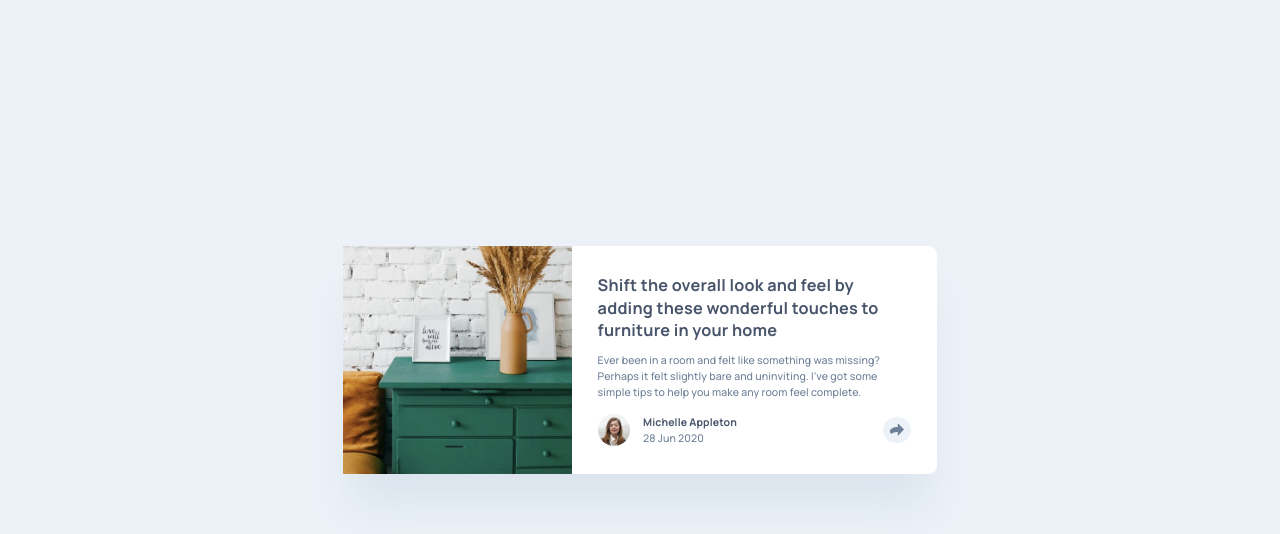
Repository: brandontaylor1/article-preview-component
Page: index.html
These files come from the project's save history. The page is drawn as it stood at one moment and after the next save; the edit follows.
The browser window is 1280 px wide. The pictures show the whole page.
The pointer rests on the first visible `.share-btn`.

Above is the page before, as saved 2025-01-15 20:41:37.

After the next save:
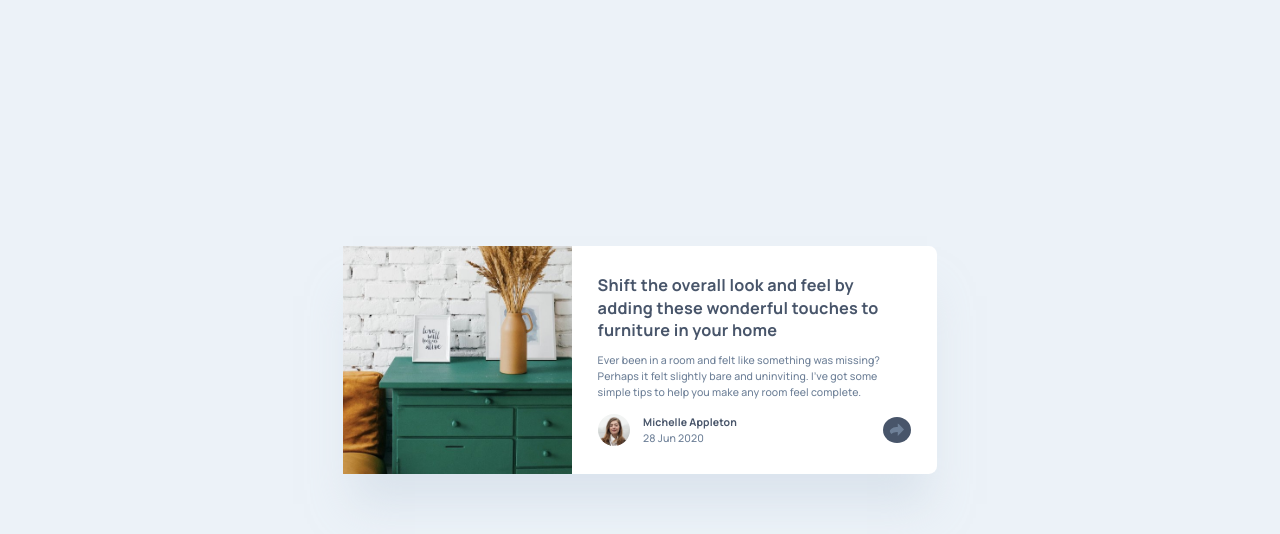
Saved 56 s later.
--- a/styles.css
+++ b/styles.css
@@ -135,7 +135,6 @@ body {
 .social-info-text p:nth-child(1){
     font-weight: 700;
     color: var(--dark-grayish-blue);
-
 }
 
 .share-btn {
@@ -146,7 +145,7 @@ body {
 }
 
 .share-btn:hover {
-    background-color: var(--light-grayish-blue);
+    background-color: var(--dark-grayish-blue);
     color: var(--desaturated-dark-blue);
 }
 
